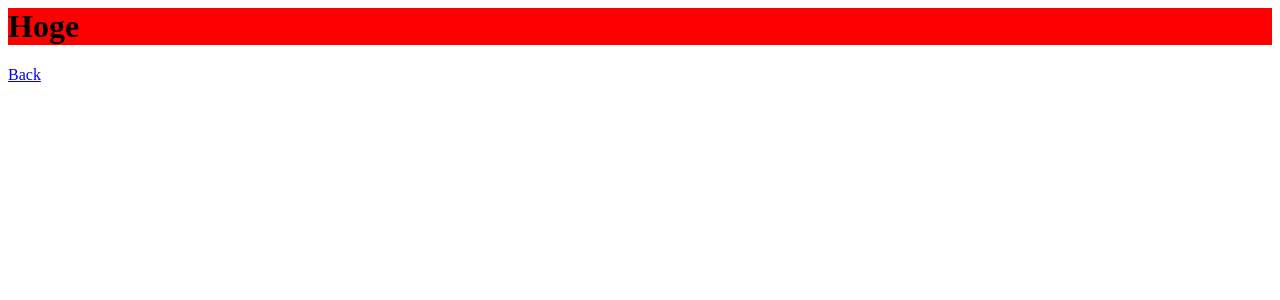
Repository: holly0324/samurai_HTML-CSS
Page: hoge.html
The author's editor kept a record of every edit. The page is drawn from the files as they stood at one moment, then again after the next edit.
The browser window is 1280 px wide. The pictures show the whole page.

Above is the page before.

### hoge.html
<html lang="ja">
    <head>
        <style>
            h1:first-child {
                background-color: red;
            }
        </style>
    </head>
    <body>
        <h1>Hoge</h1>
        <a href="index.html">Back</a>
    </body>
</html>

After the next edit:
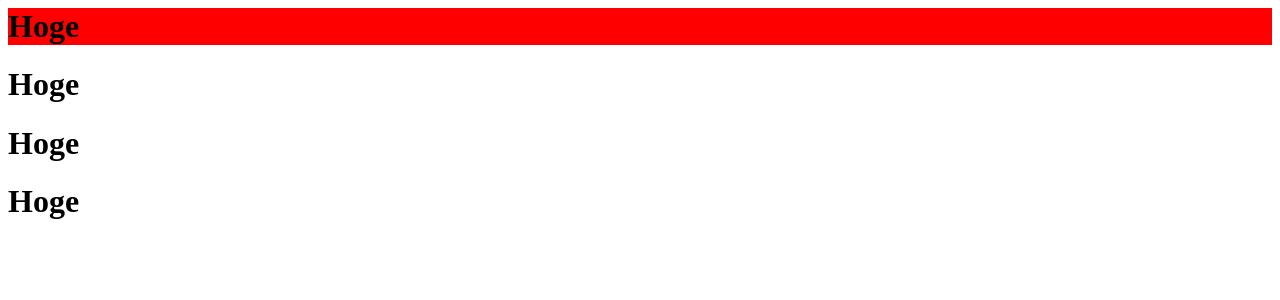
The edit:
--- a/hoge.html
+++ b/hoge.html
@@ -8,6 +8,8 @@
     </head>
     <body>
         <h1>Hoge</h1>
-        <a href="index.html">Back</a>
+        <h1>Hoge</h1>
+        <h1>Hoge</h1>
+        <h1>Hoge</h1>
     </body>
 </html>
